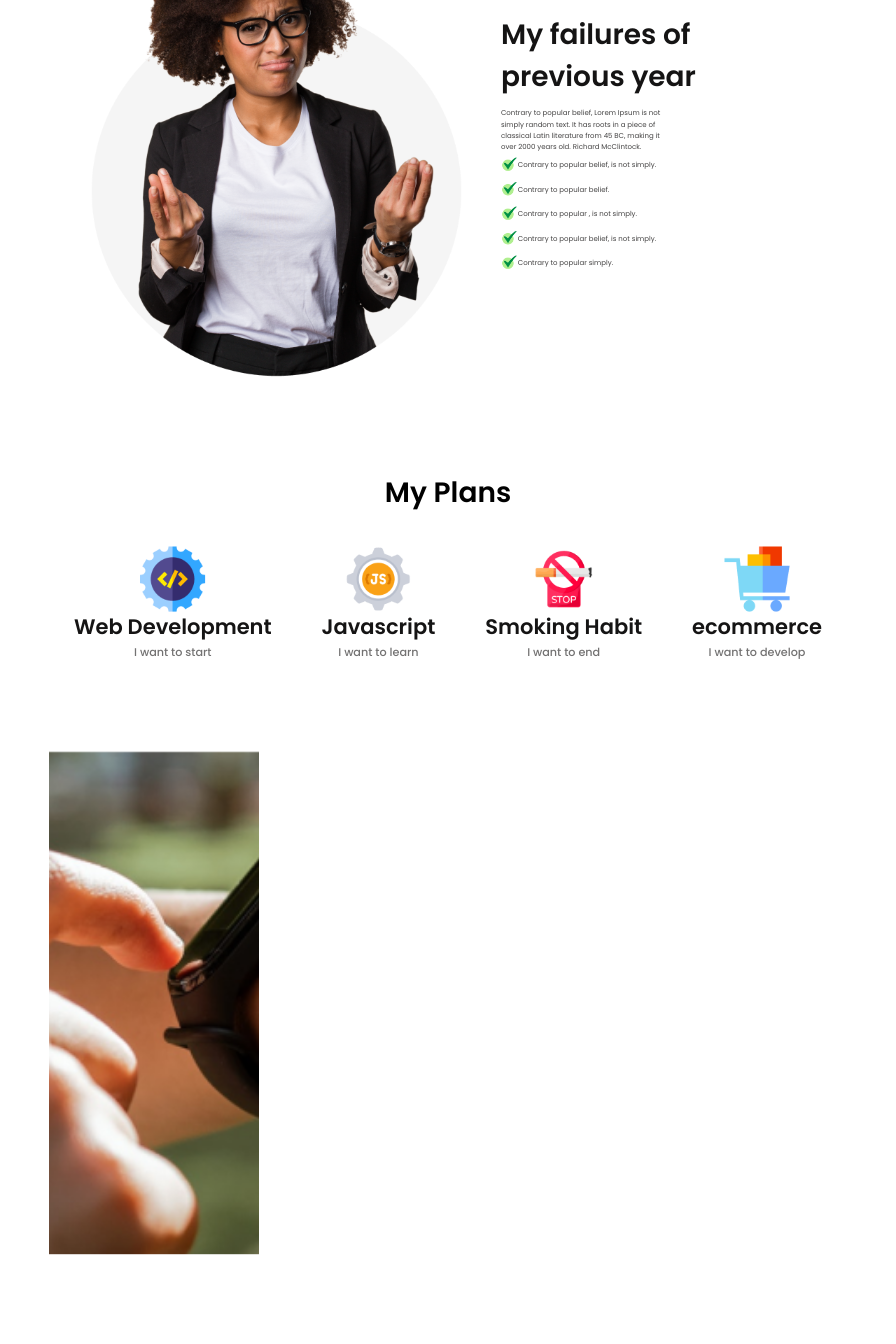
Repository: mdrubel02/new-year-new-mission
Page: index.html
The author's editor kept a copy of each file at every save. The page is drawn from the files as they stood at one save, then again after the next save.
The browser window is 1280 px wide. The pictures show the part of the page from y = 1034 to 2954 px (the page is 2954 px tall before and 2534 px after), at 70% of full size.

Above is the page before, as saved 2023-01-06 23:50:43.

After the next save:
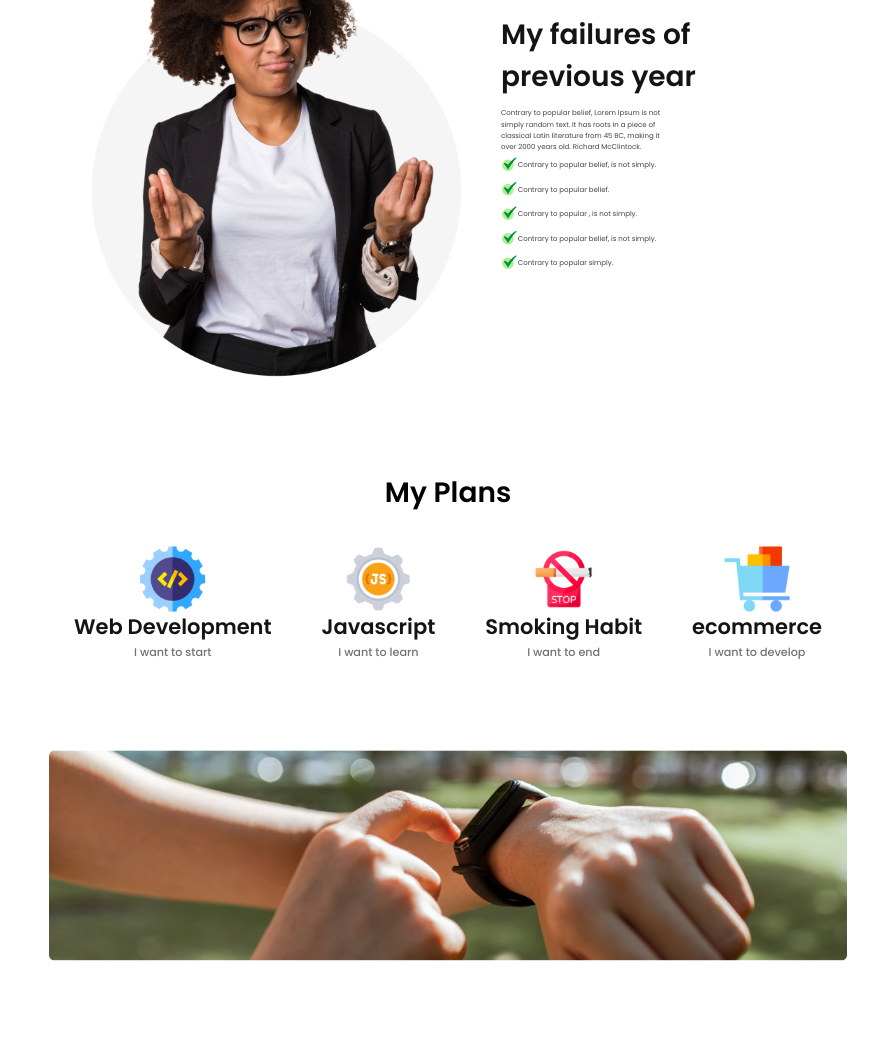
Saved 15 s later.
--- a/index.css
+++ b/index.css
@@ -164,8 +164,8 @@ a:hover {
     background-repeat: no-repeat;
     background-size: cover;
     background-position: center center;
-    height: 100vh;
-    width: 300px;
+    height: 300px;
+    width: 100%;
     position: relative;
     z-index: 1;
     display: flex;
